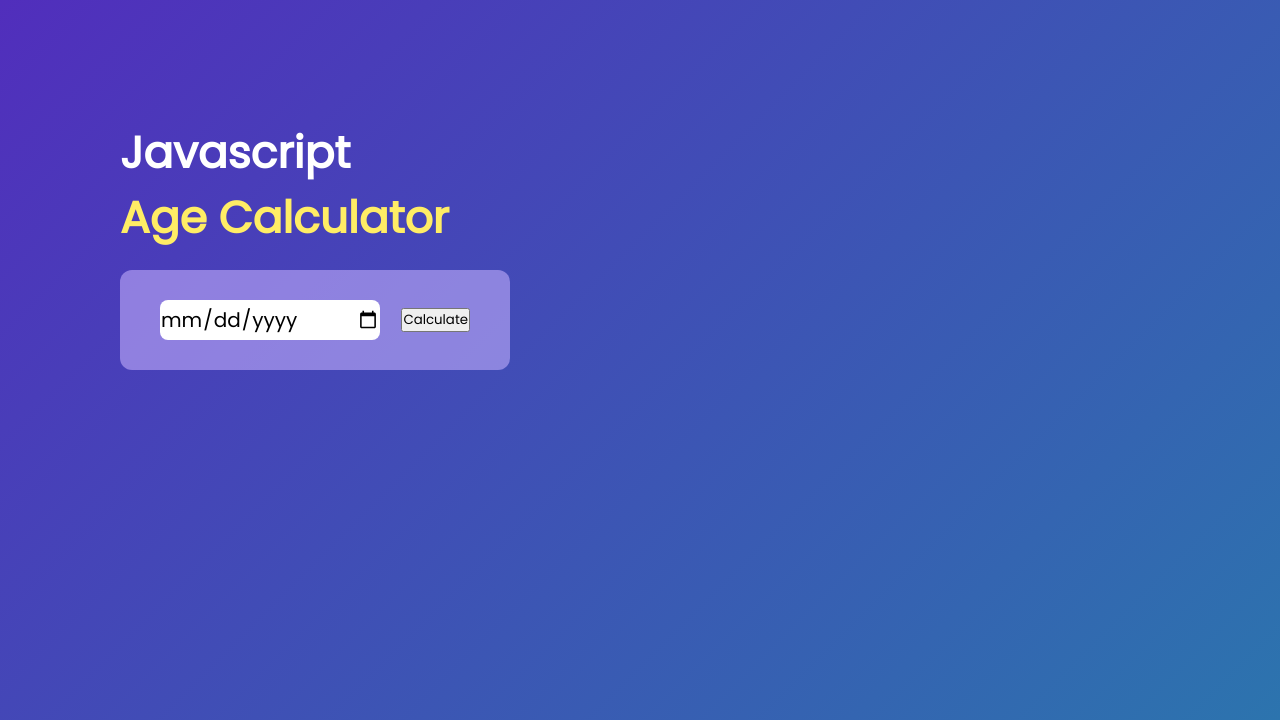
Repository: Ankitkr2021/Age-Calculator
Page: index.html
An editor plug-in stored every save of this project. The page is shown before and after the next save, followed by the edit.
The browser window is 1280 px wide. The pictures show the whole page.

Above is the page before, as saved 2025-10-05 10:34:10.

After the next save:
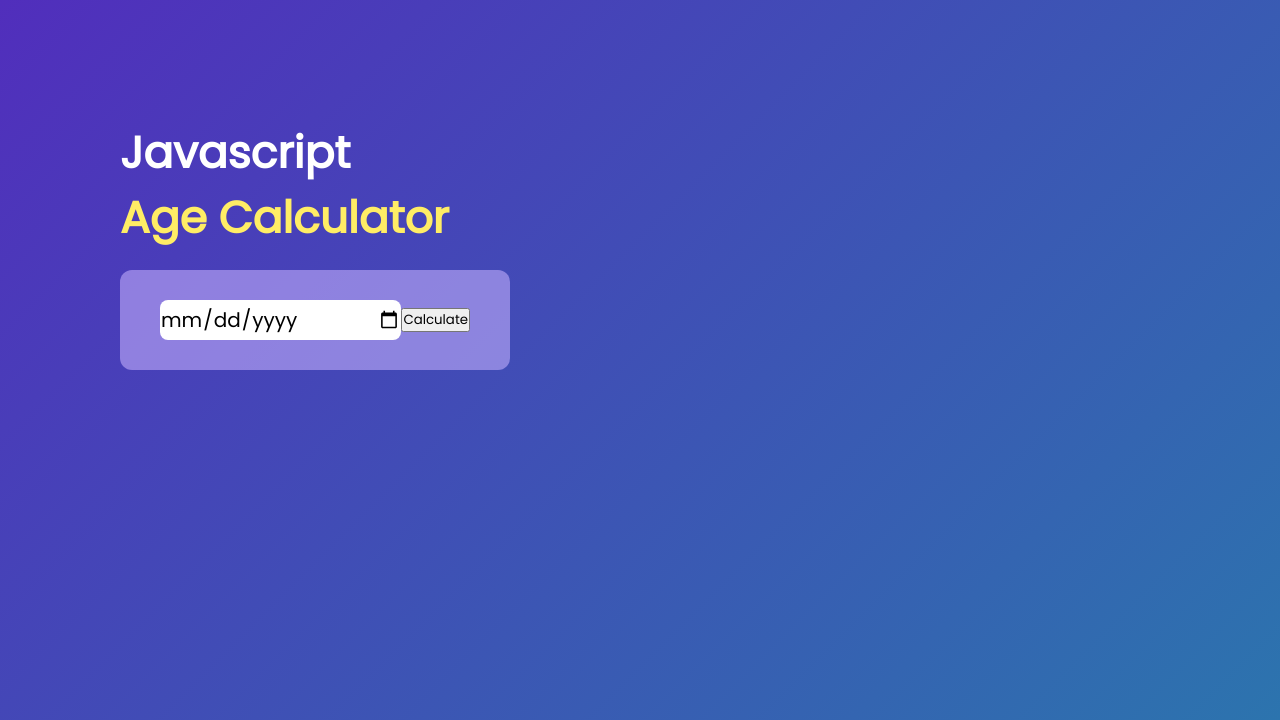
Saved 14 s later.
--- a/style.css
+++ b/style.css
@@ -48,7 +48,7 @@
 }
 
 input {
-    width: 220px;
+    width: 260px;
     height: 40px;
     border-radius: 8px;
     border: none;

After the save that followed:
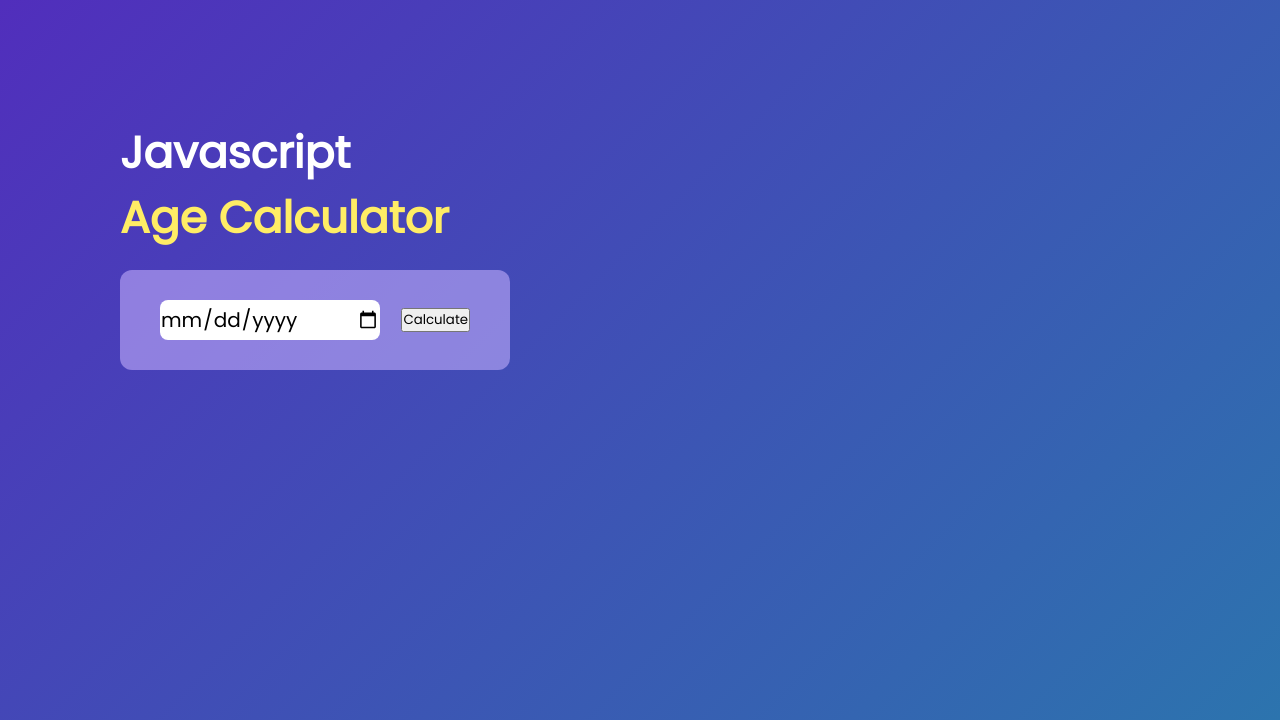
Saved 8 s later.
--- a/style.css
+++ b/style.css
@@ -48,7 +48,7 @@
 }
 
 input {
-    width: 260px;
+    width: 220px;
     height: 40px;
     border-radius: 8px;
     border: none;
